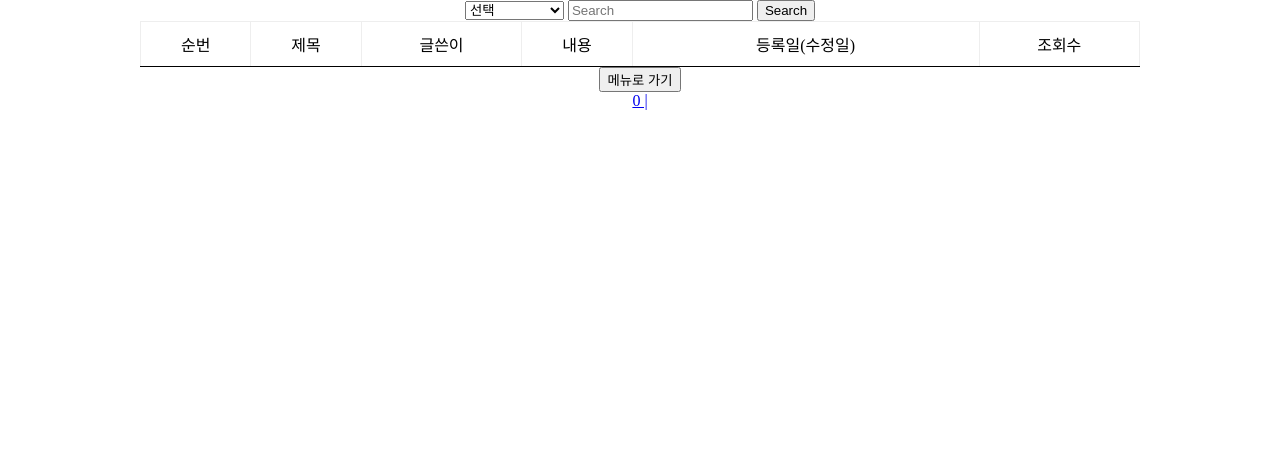
Repository: yangone8249/jsp_project
Page: http://localhost/myProject/board/list.jsp
These files come from the project's save history. The page is drawn as it stood at one moment and after the next save; the edit follows.
The browser window is 1280 px wide. The pictures show the part of the page from y = 271 to 729 px (the page is 729 px tall).
The page is served by Tomcat 9. The template is opened directly, without the code that normally fills it, so the values that code supplies are empty.

Above is the page before, as saved 2023-05-24 05:40:12.

After the next save:
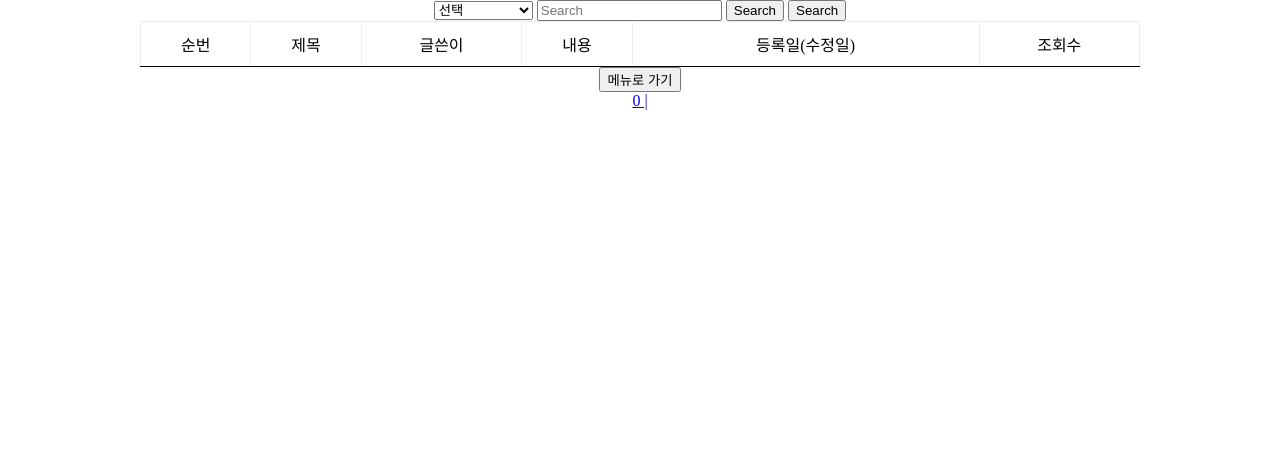
Saved 19 s later.
--- a/jsp_project3/myProject/src/main/webapp/board/list.jsp
+++ b/jsp_project3/myProject/src/main/webapp/board/list.jsp
@@ -59,6 +59,7 @@
 			<input type="hidden" name="pageNo" value="${pgh.pgvo.pageNo }">
 			<input type="hidden" name="qty" value="${pgh.pgvo.qty}">
 			<button type="submit">Search</button>
+			<button type="submit">Search</button>
 		</div>
 	</form>
 	<table border="1" id="tableList">

After the 2 saves that followed:
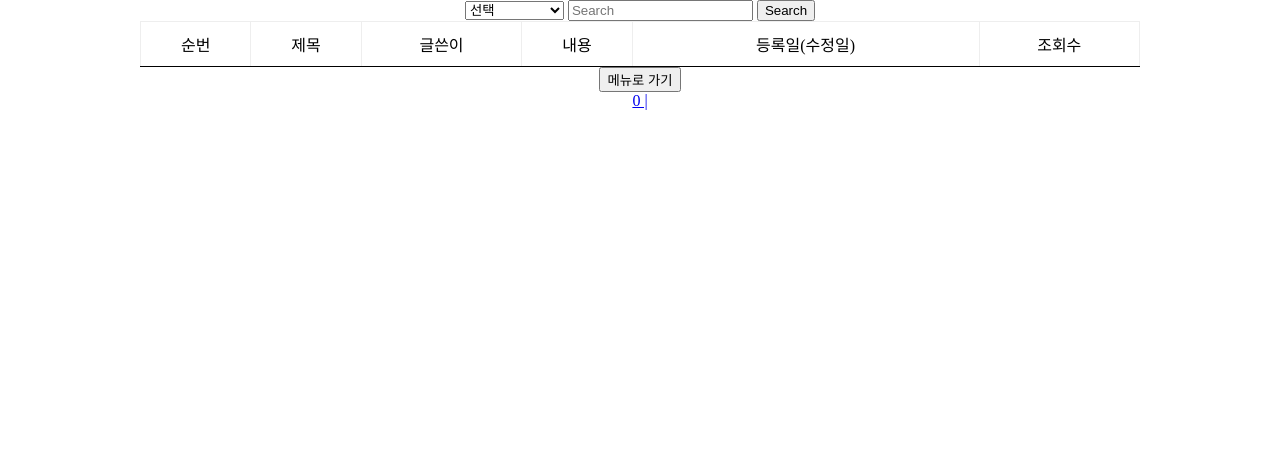
The 2 saves are shown as one change because they came seconds apart.
The last was saved 12 s later.
--- a/jsp_project3/myProject/src/main/webapp/board/list.jsp
+++ b/jsp_project3/myProject/src/main/webapp/board/list.jsp
@@ -59,7 +59,6 @@
 			<input type="hidden" name="pageNo" value="${pgh.pgvo.pageNo }">
 			<input type="hidden" name="qty" value="${pgh.pgvo.qty}">
 			<button type="submit">Search</button>
-			<button type="submit">Search</button>
 		</div>
 	</form>
 	<table border="1" id="tableList">
